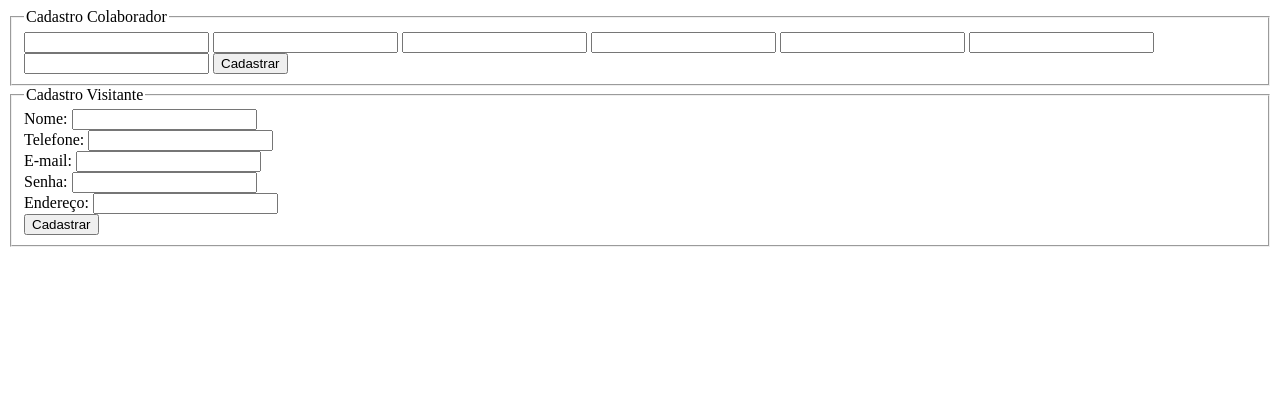
Repository: tdex/cmproject
Page: http://localhost/cmproject/
These files come from the project's save history. The page is drawn as it stood at one moment and after the next save; the edit follows.
The browser window is 1280 px wide. The pictures show the whole page.
The page is served by Tomcat 9. Other server files are loaded and not shown.

Above is the page before, as saved 2015-06-16 15:23:05.

### codigo/cmproject/cmproject/WebContent/index.jsp
<%@ page language="java" contentType="text/html; charset=UTF-8"
	pageEncoding="UTF-8"%>
<!DOCTYPE html>
<html>
<head>
<meta charset=UTF-8>
<title>Insert title here</title>
</head>
<body>
	<form action="validaColaborador.jsp" method="get">
		<fieldset>
			<legend>Cadastro Colaborador</legend>
			<input type="text" name="nome">
			<input type="text" name="telefone">
			<input type="text" name="cpf">
			<input type="text" name="email" required>
			<input type="text" name="senha" required>
			<input type="text" name="endereco">
			<input type="text" name="tipoAcesso" required>
			<input type="submit" value="Cadastrar">
		</fieldset>
	</form>

	<form action="validaVisitante.jsp" method="get">
		<fieldset>
			<legend>Cadastro Visitante</legend>
			<label>Nome: <input type="text" name="nome"></label><br>
			<label>Telefone: <input type="text" name="telefone"></label><br>
			<label>E-mail: <input type="email" name="email"></label><br>
			<label>Senha: <input type="password" name="senha"></label><br>
			<label>Endereço: <input type="text" name="endereco"></label><br>
			<input type="submit" value="Cadastrar">
		</fieldset>
	</form>

</body>
</html>

After the next save:
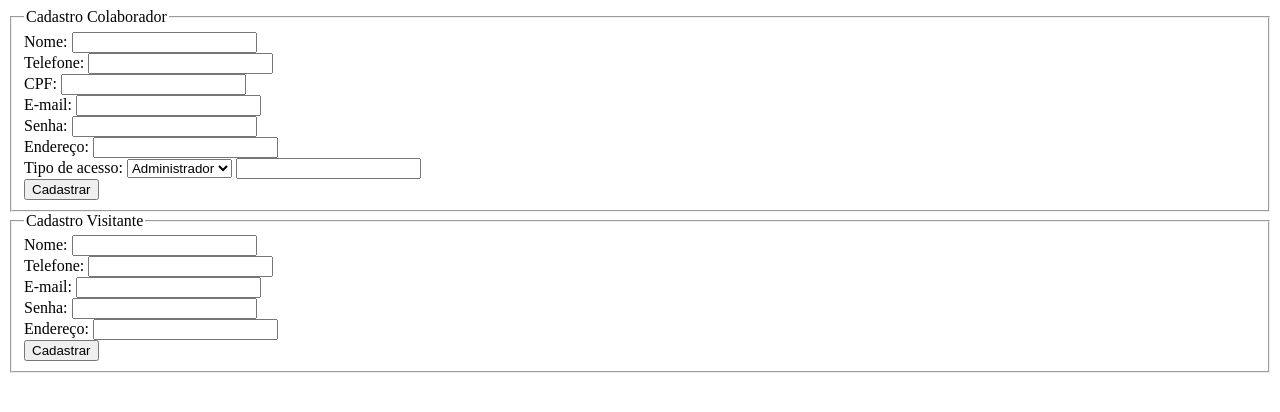
Saved 4 min 36 s later.
--- a/codigo/cmproject/cmproject/WebContent/index.jsp
+++ b/codigo/cmproject/cmproject/WebContent/index.jsp
@@ -10,13 +10,18 @@
 	<form action="validaColaborador.jsp" method="get">
 		<fieldset>
 			<legend>Cadastro Colaborador</legend>
-			<input type="text" name="nome">
-			<input type="text" name="telefone">
-			<input type="text" name="cpf">
-			<input type="text" name="email" required>
-			<input type="text" name="senha" required>
-			<input type="text" name="endereco">
-			<input type="text" name="tipoAcesso" required>
+			<label>Nome: <input type="text" name="nome"></label><br>
+			<label>Telefone: <input type="text" name="telefone"></label><br>
+			<label>CPF: <input type="text" name="cpf"></label><br>
+			<label>E-mail: <input type="email" name="email" required></label><br>
+			<label>Senha: <input type="text" name="senha" required></label><br>
+			<label>Endereço: <input type="text" name="endereco"></label><br>
+			<label>Tipo de acesso:
+				<select>
+					<option>Administrador</option>
+					<option>Colaborador</option>
+				</select>
+				<input type="text" name="tipoAcesso" required></label><br>
 			<input type="submit" value="Cadastrar">
 		</fieldset>
 	</form>
